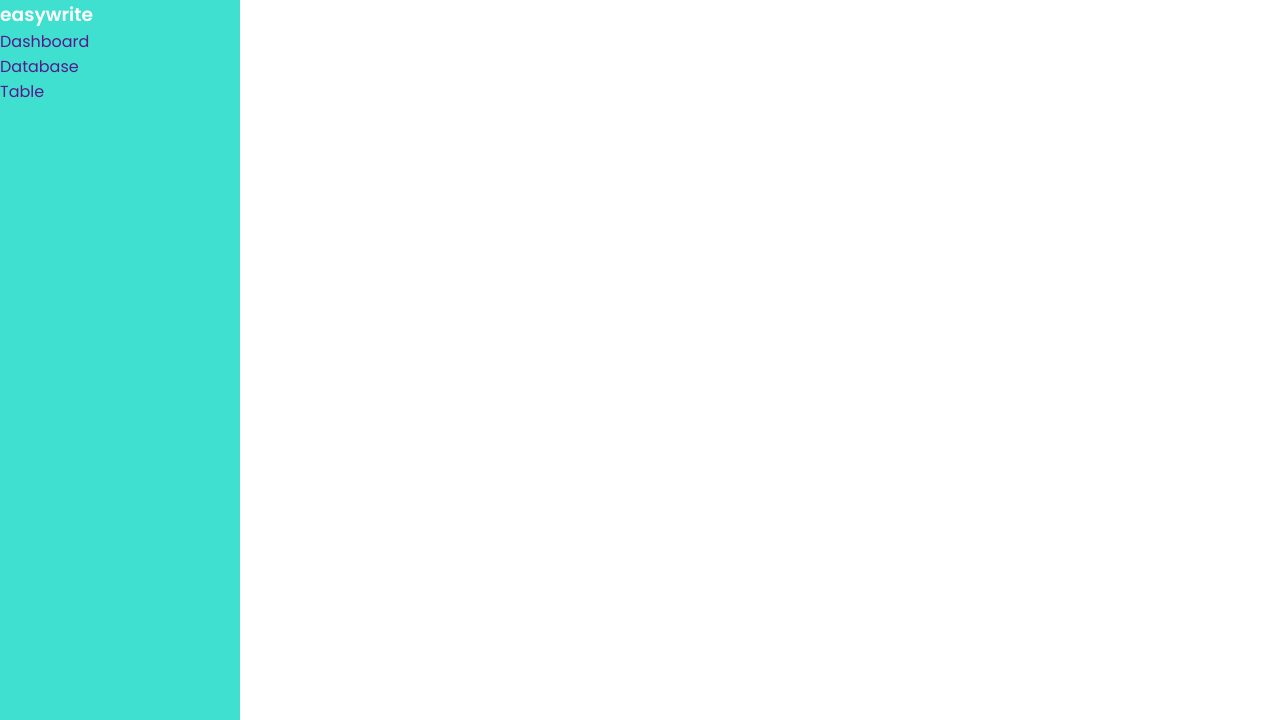
Repository: ngan429/CRUD_14
Page: http://localhost/crudweb/
An editor plug-in stored every save of this project. The page is shown before and after the next save, followed by the edit.
The browser window is 1280 px wide. The pictures show the whole page.
Some icons come from a web library that is not loaded, so they are not drawn. The page is served by Tomcat 9. Other server files are loaded and not shown.

Above is the page before, as saved 2022-06-03 20:32:24.

### crudweb/crudweb/WebContent/index.jsp
<%@ page language="java" contentType="text/html; charset=ISO-8859-1"
    pageEncoding="ISO-8859-1"%>
<!DOCTYPE html>
<html>
<head>
<meta charset="ISO-8859-1">
<title>Insert title here</title>
<link rel="stylesheet" href="http://cdn.jsdelivr.net/gh/lykmapipo/themify-icons@0.1.2/css/themify-icons.css">
<link rel="stylesheet" href="css/style.css">
<link href="https://fonts.googleapis.com/css2?family=Inter:wght@300;400;600&display=swap" rel="stylesheet">
<link rel="stylesheet"
	href="<%=request.getContextPath()%>/css/style.css">
<style>
*{
	font-family: 'Poppins', sans-serif;
	margin: 0;
	padding: 0;
	text-decoration: none;
	list-style-type: none;
	box-sizing: border-box;
}
.sidebar{
	height: 100%;
	width: 240px;
	position: fixed;
	left: 0;
	top: 0;
	z-index: 100;
	background-color:turquoise;
	color: #fff;

}
.slidebar-header{
	display: flex;
	}
</style>
</head>
<body>
	<div class="sidebar">
		<div class="slidebar-header">
			<h3 class="brand">
				<span class="ti-unlink"></span>
				<span>easywrite</span>
			</h3>
			<span class="ti-menu-alt"></span>
		</div>
		<div class="sidebar-menu">
			<ul>
				 <li class="sidebar-item active">
                    <a href="">
                        <span class="ti-settings" ></i>
                        <span class="align-middle">Dashboard</span>
                    </a>
                </li>

                <li>
                    <a href="">
                        <span class="ti-settings"></span>
                        <span class="align-middle">Database</span>
                    </a>
                </li>

                <li class="sidebar-item">
                    <a href="">
                        <span class="ti-settings"></span>
                        <span class="align-middle">Table</span>
                    </a>
                </li>

			</ul>
		</div>
		<div class="main-content">
			<header>
				<div class="social-icons"></div>
					<span class="ti-bell"></span>
					<span class="ti-comment"></span>
			</header>

		</div>
	</div>

</body>
</html>

### crudweb/crudweb/WebContent/css/style.css
@charset "UTF-8";
@import url('https://fonts.googleapis.com/css2?family=Poppins:wght@300;400;500;600&display=swap');
:root {
	--main-color : #027581;
	--color-dark : #1D2231;
	--text-grey : #8390A2;
}
*{
	font-family: 'Poppins', sans-serif;
	margin: 0;
	padding: 0;
	text-decoration: none;
	list-style-type: none;
	box-sizing: border-box;
}
.sidebar{
	height: 100%;
	width: 240px;
	position: fixed;
	left: 0;
	top: 0;
	z-index: 100;
	backgroud: var(--main-color);
	color: #efefef;
}

After the next save:
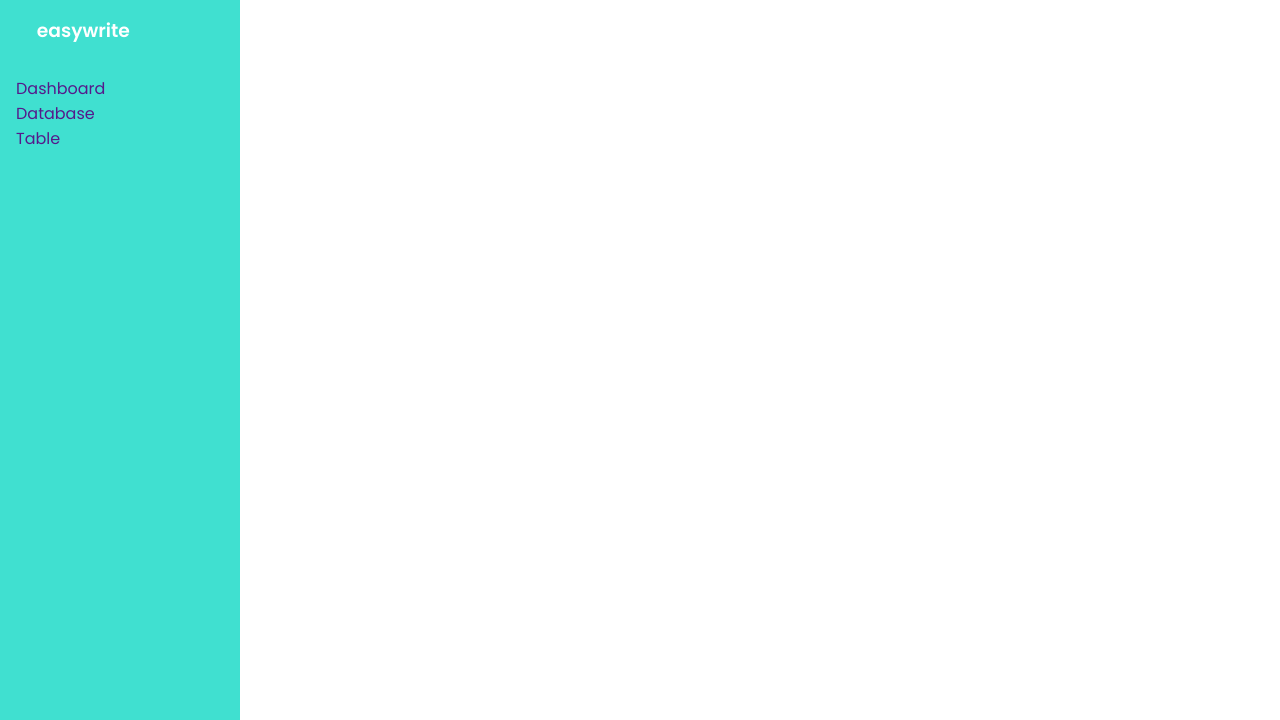
Saved 114 s later.
--- a/crudweb/crudweb/WebContent/index.jsp
+++ b/crudweb/crudweb/WebContent/index.jsp
@@ -32,7 +32,23 @@
 }
 .slidebar-header{
 	display: flex;
-	}
+	justify-content: space-around;
+	align-items: center;
+	height: 60px;
+	padding: 0rem 1 rem;
+}
+.sidebar-menu{
+	padding: 1rem;
+}
+.slidebar li{
+	margin-bottom: 1rem;
+}
+.slidebar a{
+	color: #fff;
+}
+.slidebar a span:first-child {
+	padding-right: 0rem 1rem;
+}
 </style>
 </head>
 <body>
